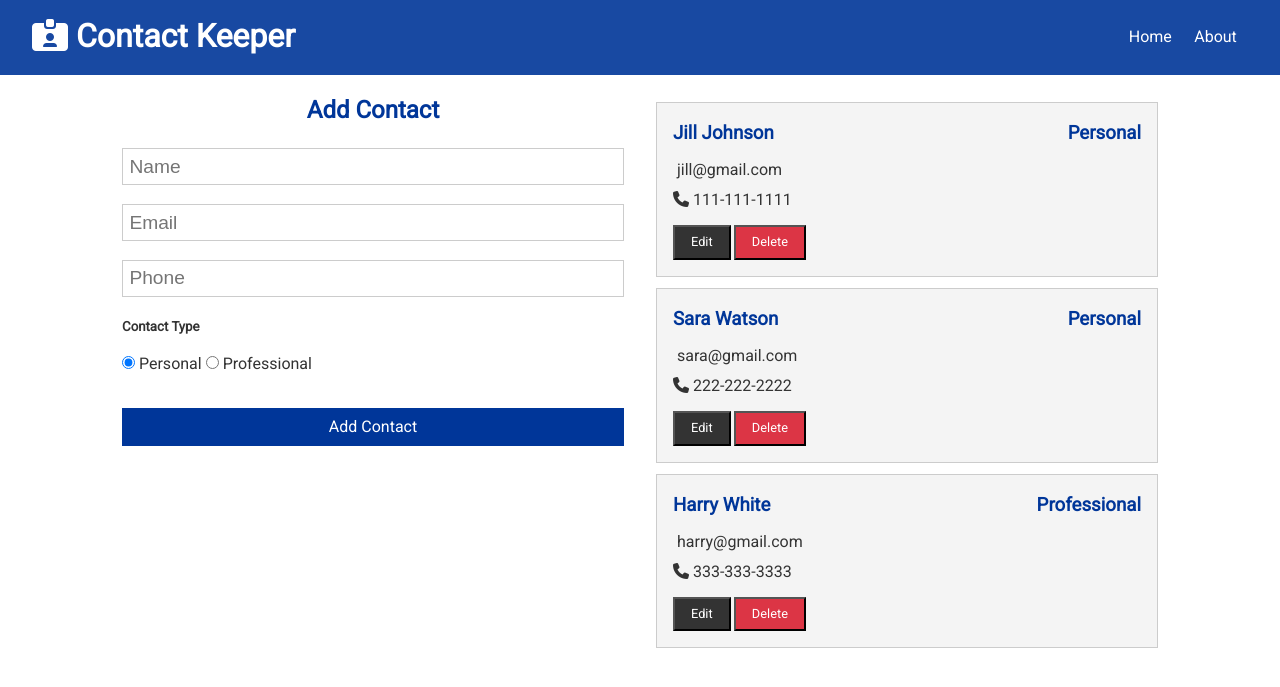
Repository: ntsangani/contact-keeper
Page: / (app in client/)
These files come from the project's save history. The page is drawn as it stood at one moment and after the next save; the edit follows.
The browser window is 1280 px wide. The pictures show the whole page.
Some icons come from a web library that is not loaded, so they are not drawn. Some web libraries are served in a nearby version. The project was rebuilt for these pictures with package versions that can differ from the ones it lists, and the page was loaded fresh each time. A package was used in the major version that the imports need, not the one package.json lists. Also part of the build but not shown: client/src/components/layout/pages/About.js.

Above is the page before, as saved 2020-06-17 10:03:18.

### client/public/index.html
<!DOCTYPE html>
<html lang="en">
  <head>
    <meta charset="utf-8" />
    <link rel="icon" href="%PUBLIC_URL%/favicon.ico" />
    <meta name="viewport" content="width=device-width, initial-scale=1" />
    <meta name="theme-color" content="#000000" />
    <meta
      name="description"
      content="Web site created using create-react-app"
    />
    <link rel="apple-touch-icon" href="%PUBLIC_URL%/logo192.png" />

    <link rel="manifest" href="%PUBLIC_URL%/manifest.json" />
    <script
      src="https://kit.fontawesome.com/2474695be0.js"
      crossorigin="anonymous"
    ></script>
    <title>ContactKeeper | Keep track of your contacts</title>
  </head>
  <body>
    <noscript>You need to enable JavaScript to run this app.</noscript>
    <div id="root"></div>
  </body>
</html>

### client/src/App.js
import React, { Fragment } from "react";
import { BrowserRouter as Router, Route, Switch } from "react-router-dom";
import Navbar from "./components/layout/Navbar";
import Home from "./components/layout/pages/Home";
import About from "./components/layout/pages/About";

import ContactState from "./context/contact/ContactState";

import "./App.css";

const App = () => {
  return (
    <ContactState>
      <Router>
        <Fragment>
          <Navbar />
          <div className="container">
            <Switch>
              <Route exact path="/" component={Home} />
              <Route exact path="/about" component={About} />
            </Switch>
          </div>
        </Fragment>
      </Router>
    </ContactState>
  );
};

export default App;

### client/src/components/layout/Navbar.js
import React from "react";
import PropTypes from "prop-types";
import { Link } from "react-router-dom";

const Navbar = ({ title, icon }) => {
  return (
    <div className="navbar bg-primary">
      <h1>
        <i className={icon} /> {title}
      </h1>
      <ul>
        <li>
          <Link to="/">Home</Link>
        </li>
        <li>
          <Link to="/about">About</Link>
        </li>
      </ul>
    </div>
  );
};

Navbar.propTypes = {
  title: PropTypes.string.isRequired,
  icon: PropTypes.string,
};

Navbar.defaultProps = {
  title: "Contact Keeper",
  icon: "fas fa-id-card-alt",
};
export default Navbar;

### client/src/components/layout/pages/Home.js
import React from "react";
import Contacts from "../../contacts/Contacts";
import ContactForm from "../../contacts/ContactForm";

const Home = () => {
  return (
    <div className="grid-2">
      <div>
        <ContactForm />
      </div>
      <div>
        <Contacts />
      </div>
    </div>
  );
};

export default Home;

### client/src/context/contact/ContactState.js
import React, { useReducer } from "react";
import uuid from "uuid";
import ContactContext from "./contactContext";
import contactReducer from "./contactReducer";
import {
  ADD_CONTACT,
  DELETE_CONTACT,
  SET_CURRENT,
  CLEAR_CURRENT,
  UPDATE_CONTACT,
  FILTER_CONTACT,
  CLEAR_FILTER,
} from "../types";

const ContactState = (props) => {
  const initialState = {
    contacts: [
      {
        id: 1,
        name: "Jill Johnson",
        email: "jill@gmail.com",
        phone: "111-111-1111",
        type: "personal",
      },
      {
        id: 2,
        name: "Sara Watson",
        email: "sara@gmail.com",
        phone: "222-222-2222",
        type: "personal",
      },
      {
        id: 3,
        name: "Harry White",
        email: "harry@gmail.com",
        phone: "333-333-3333",
        type: "professional",
      },
    ],
  };

  const [state, dispatch] = useReducer(contactReducer, initialState);

  //Add Contact
  const addContact = (contact) => {
    contact.id = uuid.v4();
    dispatch({ type: ADD_CONTACT, payload: contact });
  };

  //Delete Contact

  //Set Current Contact

  //Clear Current Contact

  //Update Contact

  //Filter Contacts

  //Clear Filter

  return (
    <ContactContext.Provider
      value={{
        contacts: state.contacts,
        addContact,
      }}
    >
      {props.children}
    </ContactContext.Provider>
  );
};

export default ContactState;

### client/src/components/contacts/Contacts.js
import React, { Fragment, useContext } from "react";
import ContactItem from "./ContactItem";
import ContactContext from "../../context/contact/contactContext";

const Contacts = () => {
  const contactContext = useContext(ContactContext);

  const { contacts } = contactContext;

  return (
    <Fragment>
      {contacts.map((contact) => (
        <ContactItem key={contact.id} contact={contact} />
      ))}
    </Fragment>
  );
};

export default Contacts;

### client/src/components/contacts/ContactForm.js
import React, { useState, useContext } from "react";
import ContactContext from "../../context/contact/contactContext";

const ContactForm = () => {
  const contactContext = useContext(ContactContext);

  const [contact, setContact] = useState({
    name: "",
    email: "",
    phone: "",
    type: "personal",
  });

  const { name, email, phone, type } = contact;

  const onChange = (e) =>
    setContact({ ...contact, [e.target.name]: e.target.value });

  const onSubmit = (e) => {
    e.preventDefault();
    contactContext.addContact(contact);
    setContact({
      name: "",
      email: "",
      phone: "",
      type: "personal",
    });
  };

  return (
    <form onSubmit={onSubmit}>
      <h2 className="text-primary">Add Contact</h2>
      <input
        type="text"
        placeholder="Name"
        name="name"
        value={name}
        onChange={onChange}
      />
      <input
        type="email"
        placeholder="Email"
        name="email"
        value={email}
        onChange={onChange}
      />
      <input
        type="text"
        placeholder="Phone"
        name="phone"
        value={phone}
        onChange={onChange}
      />
      <h5>Contact Type</h5>
      <input
        type="radio"
        name="type"
        value="personal"
        checked={type === "personal"}
        onChange={onChange}
      />{" "}
      Personal{" "}
      <input
        type="radio"
        name="type"
        value="professional"
        checked={type === "professional"}
        onChange={onChange}
      />{" "}
      Professional
      <div>
        <input
          type="submit"
          value="Add Contact"
          className="btn btn-primary btn-block "
        />
      </div>
    </form>
  );
};

export default ContactForm;

### client/src/context/contact/contactReducer.js
import {
  ADD_CONTACT,
  DELETE_CONTACT,
  SET_CURRENT,
  CLEAR_CURRENT,
  UPDATE_CONTACT,
  FILTER_CONTACT,
  CLEAR_FILTER,
} from "../types";

export default (state, action) => {
  switch (action.type) {
    case ADD_CONTACT:
      return {
        ...state,
        contacts: [...state.contacts, action.payload],
      };
    default:
      return state;
  }
};

### client/src/context/types.js
export const ADD_CONTACT = "ADD_CONTACT";
export const DELETE_CONTACT = "DELETE_CONTACT";
export const SET_CURRENT = "SET_CURRENT";
export const CLEAR_CURRENT = "CLEAR_CURRENT";
export const UPDATE_CONTACT = "UPDATE_CONTACT";
export const FILTER_CONTACT = "FILTER_CONTACT";
export const CLEAR_FILTER = "CLEAR_FILTER";
export const SET_ALERT = "SET_ALERT";
export const REMOVE_ALERT = "REMOVE_ALERT";

### client/src/components/contacts/ContactItem.js
import React from "react";
import PropTypes from "prop-types";

const ContactItem = ({ contact }) => {
  const { name, email, phone, type } = contact;

  return (
    <div className="card bg-light">
      <h3 className="text-primary text-left">
        {name}{" "}
        <span
          style={{ float: "right" }}
          className={
            "badge" +
            (type === "professional" ? "badge-success" : "badge-primary")
          }
        >
          {type.charAt(0).toUpperCase() + type.slice(1)}
        </span>
      </h3>
      <ul className="list">
        {email && (
          <li>
            <i className="fas fa-enveloped-open"></i> {email}
          </li>
        )}
        {phone && (
          <li>
            <i className="fas fa-phone" /> {phone}
          </li>
        )}
      </ul>
      <p>
        <button className="btn-dark btn-sm">Edit</button>
        <button className="btn-danger btn-sm">Delete</button>
      </p>
    </div>
  );
};

ContactItem.propTypes = {
  contact: PropTypes.object.isRequired,
};
export default ContactItem;

Loaded but not shown: client/src/index.js (common file); client/src/App.css (common file); client/src/context/contact/contactContext.js (common file)

After the next save:
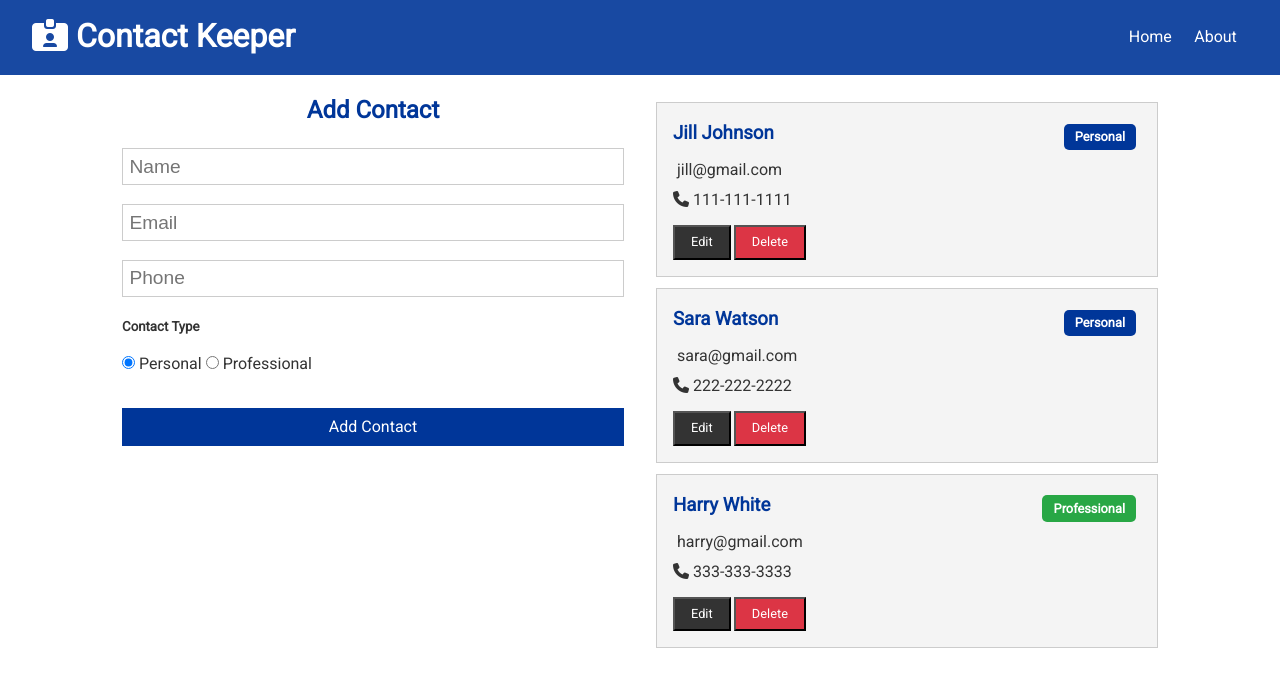
Saved 94 s later.
--- a/client/src/components/contacts/ContactItem.js
+++ b/client/src/components/contacts/ContactItem.js
@@ -11,7 +11,7 @@ const ContactItem = ({ contact }) => {
         <span
           style={{ float: "right" }}
           className={
-            "badge" +
+            "badge " +
             (type === "professional" ? "badge-success" : "badge-primary")
           }
         >
